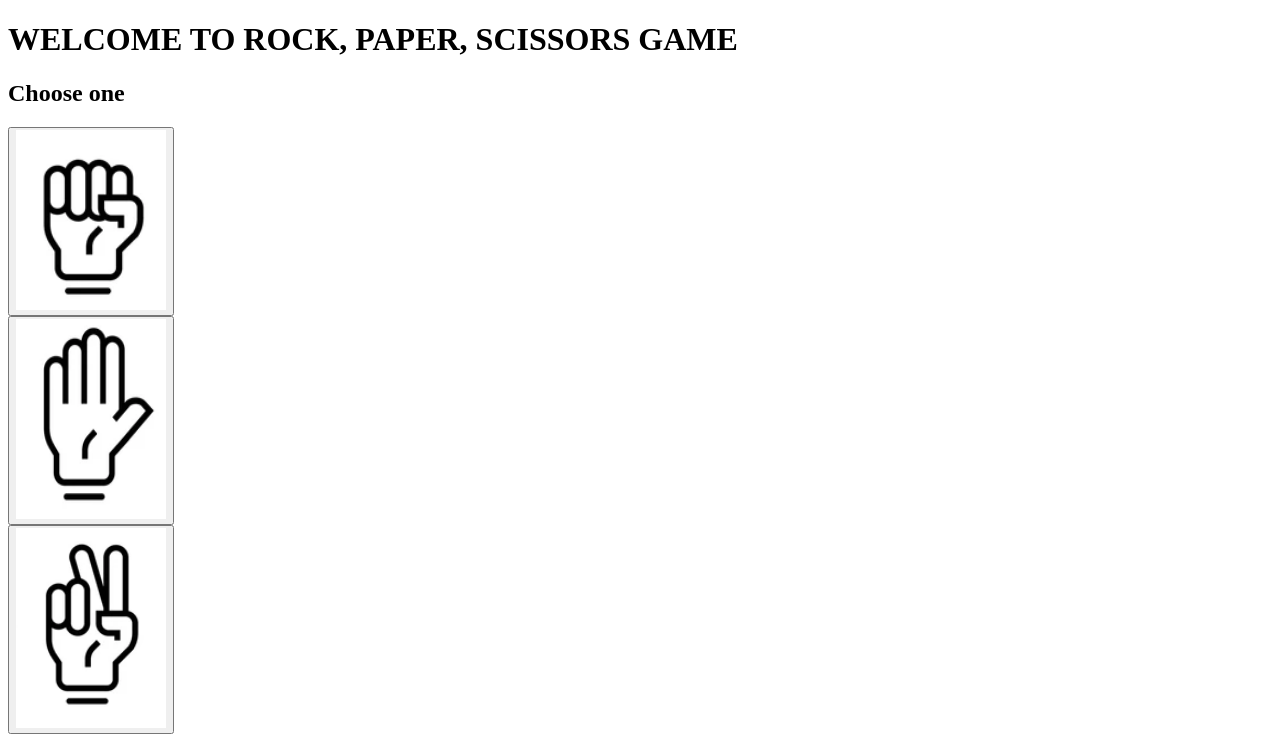
Repository: xhide341/rock_paper_scissor
Page: index.html
An editor plug-in stored every save of this project. The page is shown before and after the next save, followed by the edit.
The browser window is 1280 px wide. The pictures show the whole page.

Above is the page before, as saved 2024-06-21 19:00:05.

### index.html
<!DOCTYPE html>
<html lang="en">
<head>
    <meta charset="UTF-8">
    <meta name="viewport" content="width=device-width, initial-scale=1.0">
    <title>Document</title>
    <script src="script.js"></script>
</head>
<body>
    <main>
        <h1>WELCOME TO ROCK, PAPER, SCISSORS GAME</h1>
        <div class="container">
            <h2>Choose one</h2>
            <div class="image-container">
                <button class="rock">
                    <img src="./images/rock_icon.PNG" alt="Image of rock handsign" height="auto" width="150px">
                </button>
            </div>
            <div class="image-container">
                <button class="paper">
                    <img src="./images/paper_icon.PNG" alt="Image of paper handsign" height="200px" width="150px">
                </button>
            </div>
            <div class="image-container">
                <button class="scissor">
                    <img src="./images/scissor_icon.PNG" alt="Image of scissor handsign" height="200px" width="150px">
                </button>
            </div>
        </div>
    </main>

</body>
</html>

### script.js
// PROMPT user to choose between rock, paper, and scissor
// IF user is done choosing, THEN
// GENERATE random element between rock, paper, and scissor
// IF user element beats computer element, THEN
// add point to user, ELSE
// add point to computer


function getComputerChoice() {
    let computerChoice = Math.floor(Math.random() * 3);
    if (computerChoice === 1) {
        return "rock";
    } else if (computerChoice === 2) {
        return "paper";
    } else {
        return "scissor";
    }
}

function getHumanChoice() {
    let humanChoice = prompt("What is your choice?");
    humanChoice.toLowerCase();
    if (humanChoice === "rock") {
        return "rock";
    } else if (humanChoice === "paper") {
        return "paper";
    } else {
        return "scissor";
    }
}

function playRound(computerSelection, humanSelection) {
    if (computerSelection > humanSelection) {
        alert("Computer wins the round!");
        return "computer";
    } else if (computerSelection < humanSelection) {
        alert("Human wins the round!");
        return "human";
    } else {
        alert("Tie!");
        return "tie";
    }
}

function playGame() {
    let computer = 0; human = 0, tie = 0;
    for (let i = 1; i <= 5; i++) {
        alert("Round " + i);
        let roundWinner = playRound(getComputerChoice(), getHumanChoice());
        if (roundWinner === "computer") {
            computer++;
        } else if (roundWinner === "human") {
            human++;
        } else {
            tie++;
        }
    }

    if (computer > human) {
        alert("Computer wins the game!");
    } else if (computer < human) {
        alert("Human wins the game!");
    } else {
        alert("It's a tie!");
    }
}

After the next save:
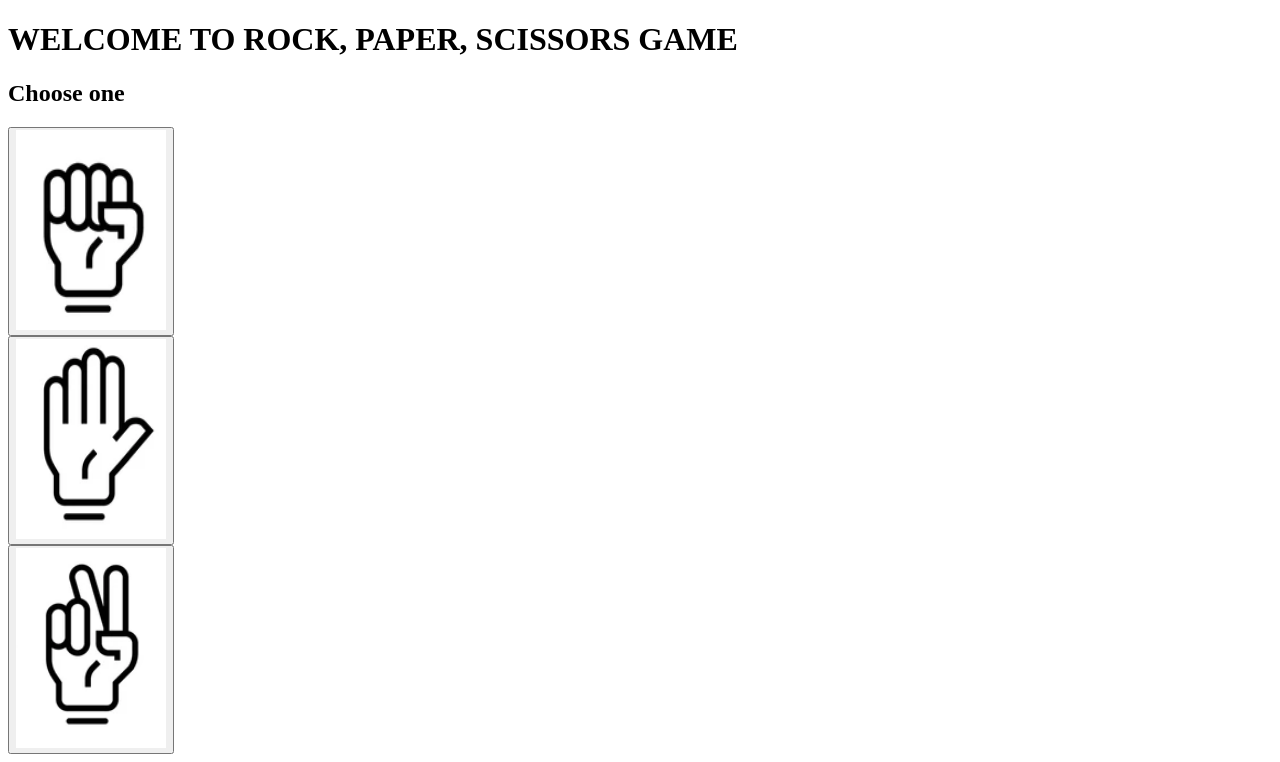
Saved 4 s later.
--- a/index.html
+++ b/index.html
@@ -13,7 +13,7 @@
             <h2>Choose one</h2>
             <div class="image-container">
                 <button class="rock">
-                    <img src="./images/rock_icon.PNG" alt="Image of rock handsign" height="auto" width="150px">
+                    <img src="./images/rock_icon.PNG" alt="Image of rock handsign" height="200px" width="150px">
                 </button>
             </div>
             <div class="image-container">
